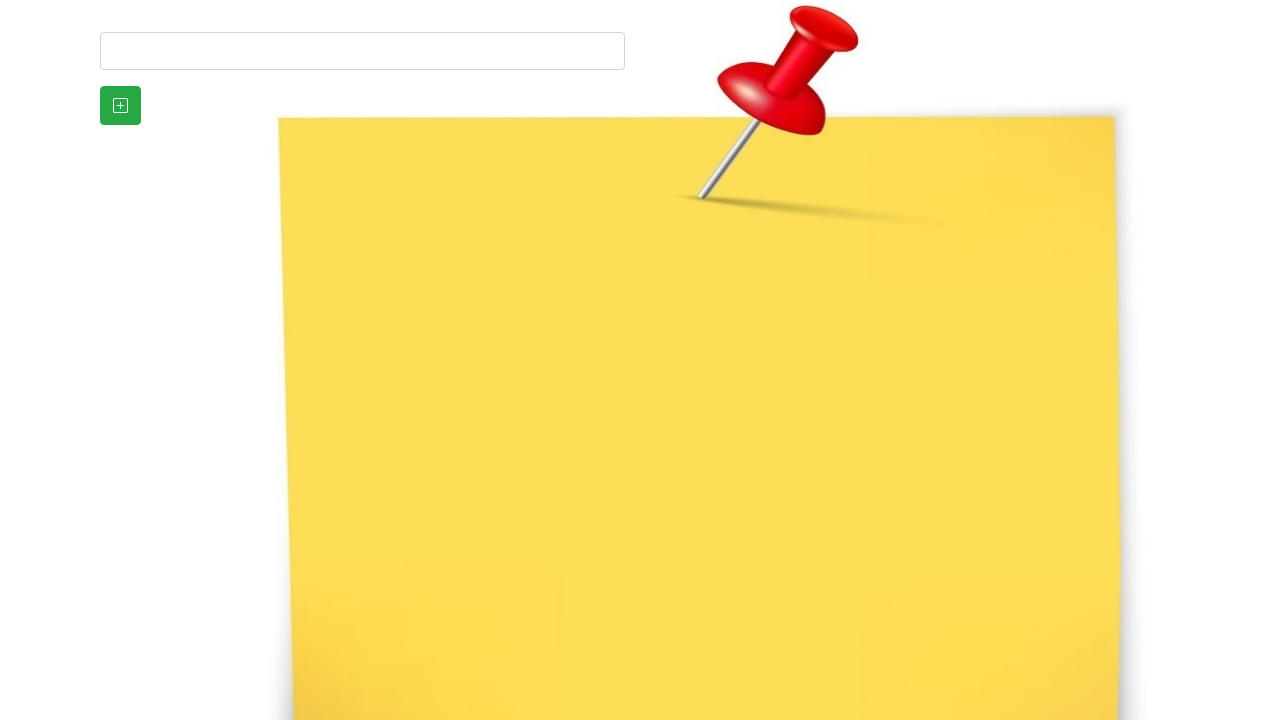
Repository: walaaElbasha/Todo-list-laravel
Page: http://localhost/tasks
These files come from the project's save history. The page is drawn as it stood at one moment and after a run of saves; the edit follows.
The browser window is 1280 px wide. The pictures show the whole page.
The page is served by the project's Laravel application, run on PHP 8.4 with Laravel 8. Style sheets and scripts are compiled from the project's sources, by tool versions that may differ from the author's. Queries for data that is not in the repository find no rows.

Above is the page before, as saved 2021-07-01 13:59:49.

After the next 2 saves:
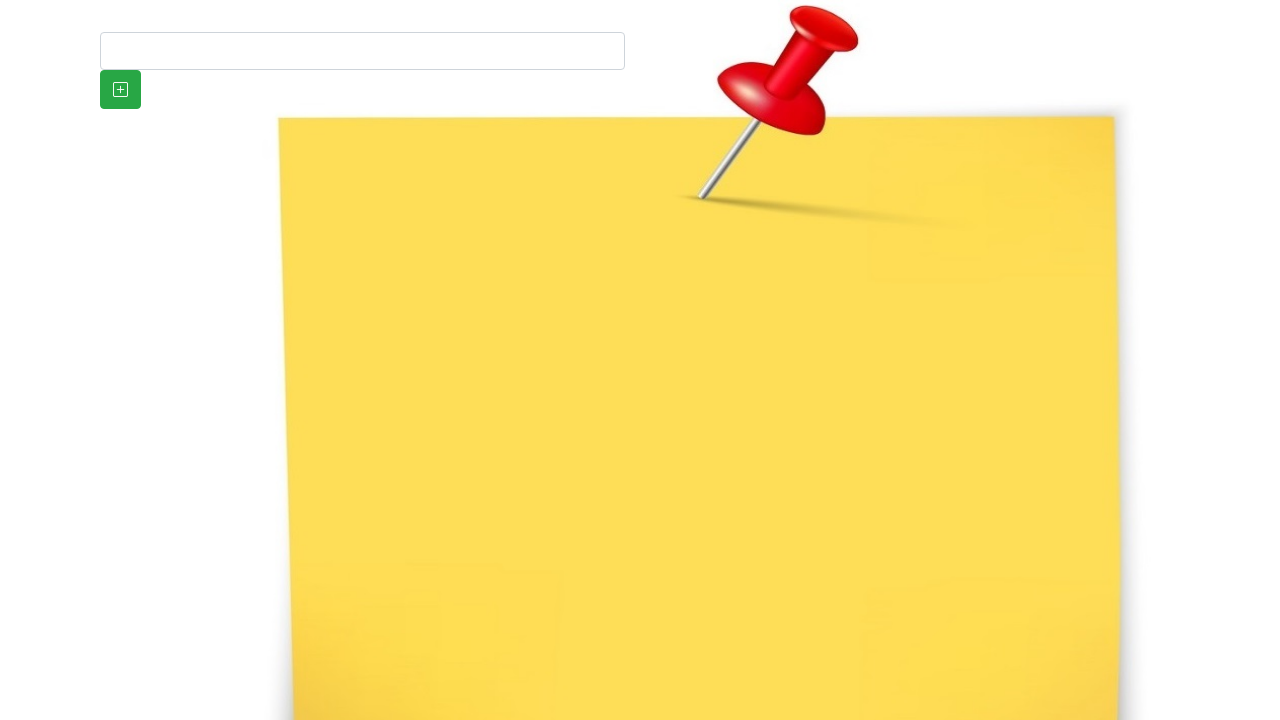
The 2 saves are shown as one change because they came seconds apart.
The last was saved 52 s later.
--- a/resources/views/tasks/index.blade.php
+++ b/resources/views/tasks/index.blade.php
@@ -5,7 +5,7 @@
 <!-- Bootstrap Boilerplate... -->
 <div>
 
-    <div class="container" >
+    <div class="container">
         <!-- Display Validation Errors -->
         <ul>
             @foreach($allTasks as $task)
@@ -54,14 +54,11 @@
                     </ul>
                 </div>
                 @endif
-                <div class="col-sm-6">
-                    <input type="text" name="name" id="name" class="form-control">
+                <div style="display:flex">
+                    <div class="col-sm-6">
+                        <input type="text" name="name" id="name" class="form-control">
+                    </div>
                 </div>
-            </div>
-
-
-            <div style="display:flex">
-
                 <div class="form-group">
                     <div class="col-sm-offset-3 col-sm-6">
                         <button type="submit" class="btn btn-success">
